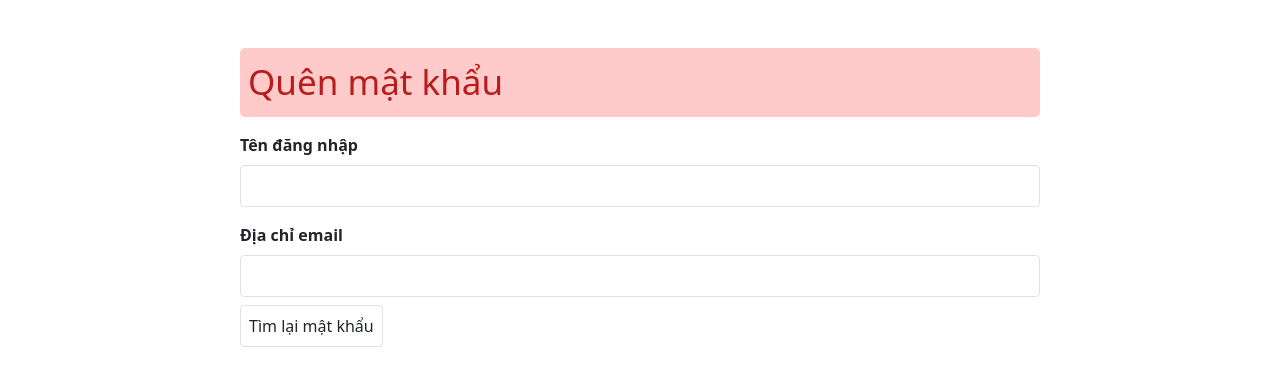
Repository: Leduc20/ASM-duanmau
Page: http://localhost/view/Forgotpassword/form.php
The author's editor kept a copy of each file at every save. The page is drawn from the files as they stood at one save, then again after the next save.
The browser window is 1280 px wide. The pictures show the whole page.
Some web libraries are served in a nearby version. The page is run by PHP 8.4 with error messages shown; the project is at /var/www/html/.

Above is the page before, as saved 2022-10-10 17:39:32.

### view/Forgotpassword/form.php
<!DOCTYPE html>
<html lang="en">

<head>
    <meta charset="UTF-8">
    <meta http-equiv="X-UA-Compatible" content="IE=edge">
    <meta name="viewport" content="width=device-width, initial-scale=1.0">
    <title>Quên mật khẩu</title>
    <script src="https://cdn.tailwindcss.com"></script>
    <link rel="stylesheet" href="https://cdn.jsdelivr.net/npm/bootstrap@5.2.0/dist/css/bootstrap.min.css">
    <script src="https://cdn.jsdelivr.net/npm/bootstrap@5.2.0/dist/js/bootstrap.bundle.min.js"></script>

    <!-- <link rel="stylesheet" href="https://cdn.jsdelivr.net/npm/bootstrap@5.2.1/dist/js/bootstrap.bundle.min.js">
    <link rel="stylesheet" href="https://cdn.jsdelivr.net/npm/bootstrap@5.2.1/dist/css/bootstrap.min.css"> -->
    <link href="https://cdn.jsdelivr.net/npm/bootstrap@5.0.2/dist/css/bootstrap.min.css" rel="stylesheet" integrity="sha384-EVSTQN3/azprG1Anm3QDgpJLIm9Nao0Yz1ztcQTwFspd3yD65VohhpuuCOmLASjC" crossorigin="anonymous">
    <script src="https://cdn.jsdelivr.net/npm/bootstrap@5.0.2/dist/js/bootstrap.bundle.min.js" integrity="sha384-MrcW6ZMFYlzcLA8Nl+NtUVF0sA7MsXsP1UyJoMp4YLEuNSfAP+JcXn/tWtIaxVXM" crossorigin="anonymous"></script>

    <link rel="stylesheet" href="../icon/fontawesome-free-6.1.1-web/css/all.min.css">
</head>

<body>
    <section class="max-w">
        <div class="max-w-[800px] m-auto mt-5">
           <p class="bg-red-200 rounded-[5px] p-2 text-[35px] text-red-700">
            Quên mật khẩu
           </p>
           <form action="">
            <p class="font-bold mt-3 mb-2">Tên đăng nhập</p>
            <input class="border w-full p-2 rounded-[4px]" type="text" name="name" id="">
            <p class="font-bold mt-3 mb-2">Địa chỉ email</p>
            <input class="border w-full p-2 rounded-[4px]" type="text" name="pass" id="">
            <!-- <p class="font-bold mt-3 mb-2">Xác nhận mật khẩu</p> -->
            <br>
            <button type="submit" class="p-2 rounded border mt-2 hover:bg-sky-500 hover:text-white">Tìm lại mật khẩu</button>
           </form>
        </div>
    </section>
</body>

</html>

Loaded but not shown: icon/fontawesome-free-6.1.1-web/css/all.min.css (library)

After the next save:
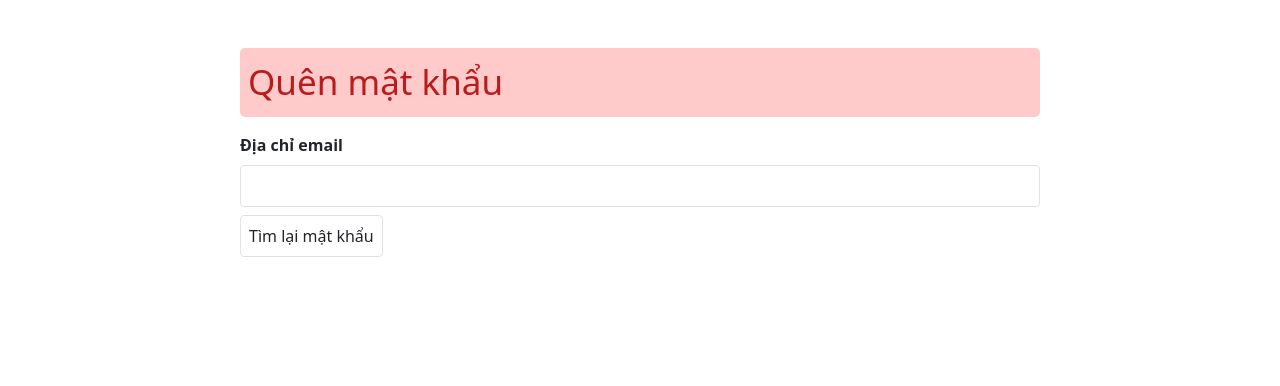
Saved 8 s later.
--- a/view/Forgotpassword/form.php
+++ b/view/Forgotpassword/form.php
@@ -25,8 +25,8 @@
             Quên mật khẩu
            </p>
            <form action="">
-            <p class="font-bold mt-3 mb-2">Tên đăng nhập</p>
-            <input class="border w-full p-2 rounded-[4px]" type="text" name="name" id="">
+            <!-- <p class="font-bold mt-3 mb-2">Tên đăng nhập</p>
+            <input class="border w-full p-2 rounded-[4px]" type="text" name="name" id=""> -->
             <p class="font-bold mt-3 mb-2">Địa chỉ email</p>
             <input class="border w-full p-2 rounded-[4px]" type="text" name="pass" id="">
             <!-- <p class="font-bold mt-3 mb-2">Xác nhận mật khẩu</p> -->
